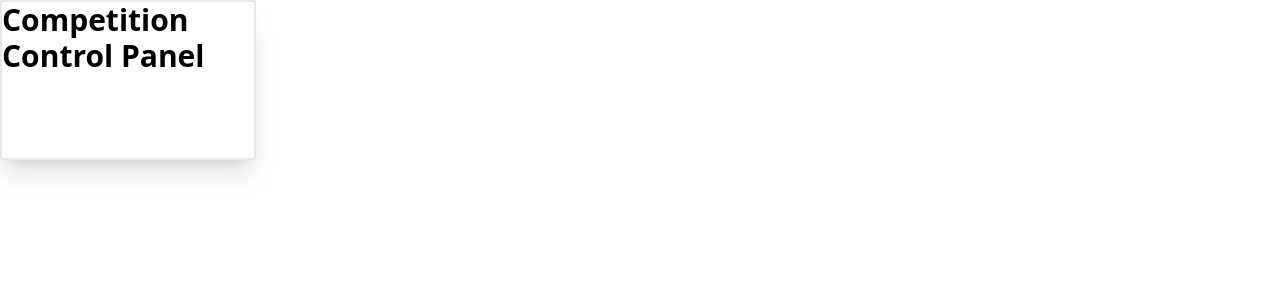
Repository: techieRahul17/blackoutscreen
Page: public/admin1.html
The author's editor kept a copy of each file at every save. The page is drawn from the files as they stood at one save, then again after the next save.
The browser window is 1280 px wide. The pictures show the whole page.
Some web libraries are served in a nearby version.

Above is the page before, as saved 2025-08-28 19:19:05.

After the next save:
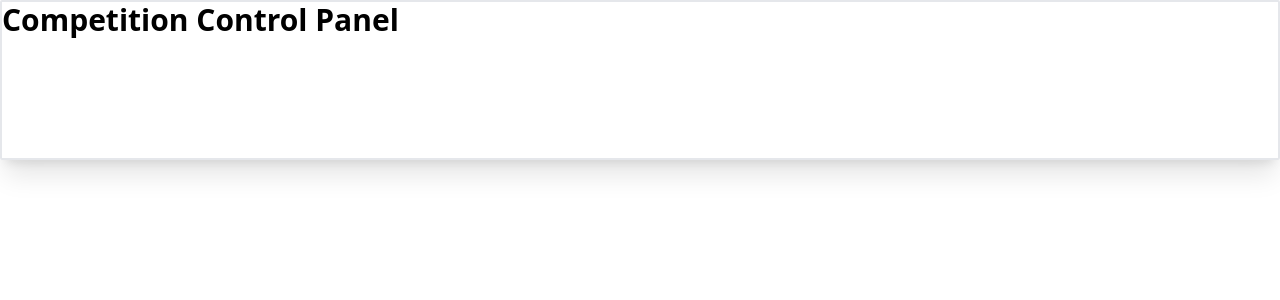
Saved 13 s later.
--- a/public/admin1.html
+++ b/public/admin1.html
@@ -4,7 +4,7 @@
     <title>Admin Page</title>
     <script src="https://cdn.tailwindcss.com"></script>
     <div>
-      <div class="w-64 h-40 rounded-sm border-2 shadow-xl">
+      <div class="w-128 h-40 rounded-sm border-2 shadow-xl">
        <h1 class="text-3xl font-bold text-black">Competition Control Panel</h1>
 
 
